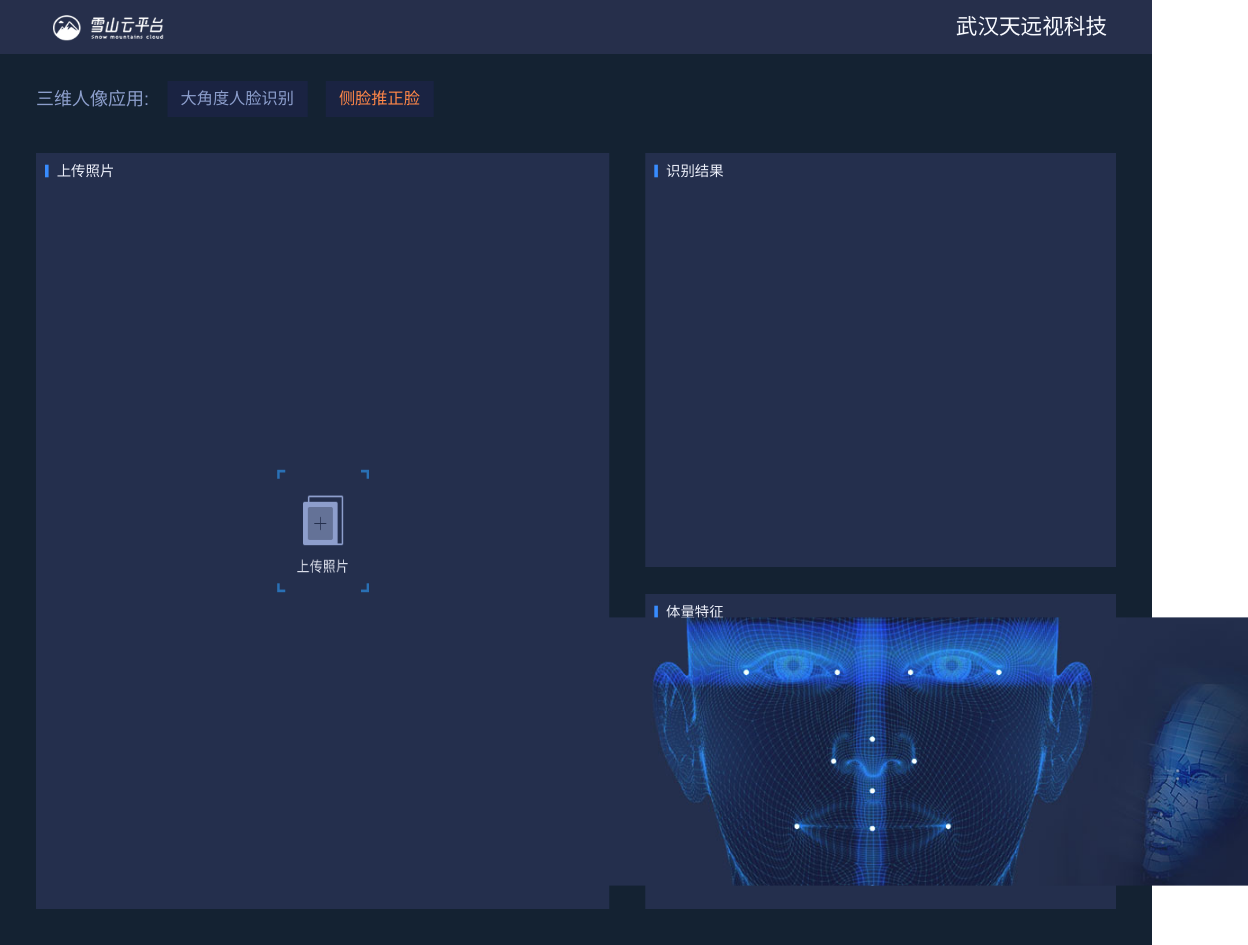
Repository: fyt2020/pubilcDemlo
Page: /#/face
These files come from the project's save history. The page is drawn as it stood at one moment and after the next save; the edit follows.
The browser window is 1280 px wide. The page is 1387 px wide, then 1280 px, so the pictures cover 1387 px, including what lies to the right of the window. The pictures show the whole page, at 90% of full size.
The project was rebuilt for these pictures with package versions that can differ from the ones it lists, and the page was loaded fresh each time.

Above is the page before, as saved 2020-04-28 13:04:50.

### index.html
<!DOCTYPE html>
<html>
  <head>
    <meta charset="utf-8">
    <meta name="viewport" content="width=device-width,initial-scale=1.0">
    <title>pubilcdemo</title>
    <script src="./static/config.js"></script>
    <script src="./static/main.js"></script>
  </head>
  <body>
    <div id="app"></div>
    <!-- built files will be auto injected -->
  </body>
</html>

### src/main.js
// The Vue build version to load with the `import` command
// (runtime-only or standalone) has been set in webpack.base.conf with an alias.
import Vue from 'vue'
import App from './App'
import router from './router'
import '@/assets/css/reset.css'
import axios from '@/plugins/axios';

Vue.config.productionTip = false
Vue.prototype.$http = axios;
/* eslint-disable no-new */
new Vue({
  el: '#app',
  router,
  components: { App },
  template: '<App/>'
})

### src/router/index.js
import Vue from 'vue'
import Router from 'vue-router'
import Home from '@/pages/Home'

Vue.use(Router)

export default new Router({
  linkExactActiveClass: "exactActive",
  linkActivesClass: "active",
  routes: [
    {
      path: '/',
      name: 'home',
      component: Home,
      meta:{
        needTooken:false
      },
      redirect:'/bigAngle',
      children:[
        {
          path: 'bigAngle',
          name: 'bigAngle',
          component: () => import("@/pages/bigAngle"),
          meta:{
            needTooken:false
          },

        },
        {
          path: 'face',
          name: 'face',
          component: () => import("@/pages/face"),
          meta:{
            needTooken:false
          },

        }

      ]
    }
  ]
})

### src/assets/css/reset.css
@charset "UTF-8";
/**
 * @desc pc端常用reset.css
 * @author archer
 * @date 2018-08-26
 */
html,body,div,p,ul,li,dl,dt,dd,em,i,span,a,img,input,h1,h2,h3,h4,h5,nav,section,footer,header,table,tr,th,td,ul,li{margin:0;padding:0;box-sizing: border-box;}
h1,h2,h3,h4,h5,h6{font-weight:normal}
i,em,b{font-style:normal}
article,aside,details,figcaption,figure,footer,header,menu,nav,section {display: block;}
a,img,input {border:none;}
a {text-decoration:none;}
a:hover, a:active {outline: none;}
ul,li{list-style: none}
button,input,select,textarea{font-size:100%;outline:none}
table{border-collapse:collapse;border-spacing:0}
html, body {width: 100%;height: 100%;}
body{font-family:"Helvetica Neue",Helvetica, Arial,sans-serif; font-size: 14px;line-height:1}

### src/pages/Home.vue
<template>
  <div class="home">
      <div class="header">
           <div class="header__left">
                <img src="../assets/img/logo1.png" alt="" class="logo_img">

           </div>
           <div class="header__right">
                <span>武汉天远视科技</span>
           </div>
      </div>
      <div class="navigation">
            <span class="navigation__title">三维人像应用:</span>
            <router-link tag="li" :to="{name:'bigAngle'}" class="navigation__item">大角度人脸识别</router-link>
            <router-link tag="li" :to="{name:'face',params:{id:'self'}}" class="navigation__item">侧脸推正脸</router-link>
      </div>

      <div class="content">
         <router-view />
      </div>

  </div>
</template>

<script>
export default {
  data() {
    return {};
  },
  computed: {},
  created() {

  },
  mounted() {

  },
  methods: {

  },
  components: {}
};
</script>

<style lang="scss" scoped>
@import "~@/assets/css/home.scss";
</style>

### src/pages/face.vue
<template>
  <div class="face">
    <div class="face__left">
      <div class="left__top">
        <div class="titleW" v-if="btnKey">
          <span class="titleW__one"></span>
          <span class="titleW__w">上传照片</span>
        </div>
        <canvas class="canvasId" v-show="regImgKey" :class="{'big':isBig}"></canvas>
        <img
          src="../assets/img/delete.png"
          alt
          class="delete__img"
          v-show="closeKey"
          @click="close"
        />
        <button class="btn" @click="uploadFile2" v-if="btnKey">
          <img src="../assets/img/midle.png" alt class="btn__bg" />
          <form
            name="fileList"
            id="fileList"
            action="uploadURL"
            method="POST"
            enctype="multipart/form-data"
            class="file"
          >
            <input
              type="file"
              hidden
              @change="beforeUploadFile2($event)"
              id="upload_file2"
              class="file-inp"
            />
          </form>
        </button>
      </div>
    </div>
    <div class="face__right">
      <div class="right__top">
        <div class="titleW" v-if="btnKey">
          <span class="titleW__one"></span>
          <span class="titleW__w">识别结果</span>
        </div>
        <img :src="frontImg" alt="" class="front__img" v-if="frontImg">
        <ul class="info__box" v-if="infoObj.collectNo">
          <li class="info__item">
            <span class="info__iteml">姓名:</span>
            <span class="info__itemr">{{infoObj.username}}</span>
          </li>
          <li class="info__item">
            <span class="info__iteml">性别:</span>
            <span class="info__itemr">{{infoObj.sex}}</span>
          </li>
          <li class="info__item">
            <span class="info__iteml">采集编号:</span>
            <span class="info__itemr">{{infoObj.collectNo}}</span>
          </li>

          <li class="info__item">
            <span class="info__iteml">证件号:</span>
            <span class="info__itemr">{{infoObj.idNo}}</span>
          </li>
          <li class="info__item">
            <span class="info__iteml">采集时间:</span>
            <span class="info__itemr">{{infoObj.time}}</span>
          </li>
        </ul>
      </div>
      <div class="right__bottom">
        <div class="titleW" v-if="btnKey">
          <span class="titleW__one"></span>
          <span class="titleW__w">体量特征</span>
        </div>
        <img src="../assets/img/char.jpg" alt="" class="char">
        <ul class="tl__box" v-if="charData.length>0">
          <li class="tl__item" v-for="item in charData" :key="item.value">
            <span class="tl__iteml same">{{item.title}}</span>
            <span class="tl__itemr same">{{Number(item.value).toFixed(2)}}</span>
          </li>
        </ul>
      </div>
    </div>
  </div>
</template>

<script>
import axios from "axios";
export default {
  props: {},
  data() {
    return {
      btnKey: true,
      uploadImgUrl: "",
      regImgKey:false,
      closeKey: false,
      isBig:true,
      infoObj: {
        collectNo: "",
        sex: "",
        time: "",
        idNo: ""
      },
      frontImg:"",
      charData: [],
    };
  },
  computed: {},
  created() {},
  mounted() {},
  watch: {},
  methods: {
    close() {
      this.regImgKey=false;
      this.uploadImgUrl = "";
      this.frontImg = "",
      this.closeKey = false;
      this.btnKey = true;
      this.charData = [];
      this.infoObj = {
        collectNo: "",
        sex: "",
        time: "",
        idNo: ""
      };
    },
    uploadFile2() {
      let file = document.getElementById("upload_file2");
      file.click();
    },
    beforeUploadFile2(e) {
      let VM = this;
      let files = e.target.files[0];
      let name = e.target.files[0].name;
      console.log(name)
      let nameArr = e.target.files[0].name.split(".");
      let len = nameArr.length;
      let startName = e.target.files[0].name.split(".")[0];
      let endName = nameArr[len - 1];
      if (
        endName != "jpg" &&
        endName != "png" &&
        endName != "jpeg" &&
        endName != "JPG" &&
        endName != "PNG" &&
        endName != "JPEG"
      ) {
        VM.$Message.error(`上传图片格式不是jpg或png!`);
        return;
      }
      if (!files) {
        return;
      }
      this.btnKey = false;
      this.closeKey = true;
      let reader = new FileReader();
      reader.onloadend = function() {
        VM.uploadImgUrl = reader.result;
        VM.getInfo(startName, VM.uploadImgUrl );
      };
      reader.readAsDataURL(files);


    },
    //画框
      createdImg(imgUrl1, data) {
      let len = data.length;
      let canvas = document.getElementsByClassName("canvasId")[0];
      let ctx = canvas.getContext("2d");
      let img = new Image();
      img.src = `${imgUrl1}`;
      let spX, spY;
      let W = $(".face__left").width();
      let H = $(".face__left").height();
      img.onload = function() {
        let imgW = img.width;
        let imgH = img.height;
        let targetW, targetH;
        spX = W / img.width;
        spY = H / img.height;
        console.log(img.width);
        console.log(img.height);
        if (imgW > W) {
          targetW = imgW * spX;
          targetH = imgH * spX;
          if (imgH > H) {
            targetW = imgW * spY;
            targetH = imgH * spY;
          }
        } else {
          if (imgH > H) {
            targetW = imgW * spY;
            targetH = imgH * spY;
          } else {
            targetW = imgW;
            targetH = imgH;
          }
        }
        // console.log(spX);
        // console.log(spY);
        // console.log(targetW);
        // console.log(targetH);

        canvas.width = targetW;
        canvas.height = targetH;

        ctx.drawImage(img, 0, 0, targetW, targetH);
        ctx.strokeStyle = "#FF0000";
        ctx.strokeWidth = 1;
        ctx.lineWidth = 2;
        if (len > 0) {
          if (imgW > W && imgH < H) {
            console.log(1);
            data.forEach((item, index) => {
              ctx.strokeRect(
                item.x * spX,
                item.y * spX,
                item.w * spX,
                item.h * spX
              );
            });
          } else if (imgW > W && imgH > H) {
            console.log(2);
            data.forEach((item, index) => {
              ctx.strokeRect(
                item.x * spY,
                item.y * spY,
                item.w * spY,
                item.h * spY
              );
            });
          } else {
            if (imgH > H) {
              console.log(3);
              data.forEach((item, index) => {
                ctx.strokeRect(
                  item.x * spY,
                  item.y * spY,
                  item.w * spY,
                  item.h * spY
                );
              });
            } else {
              console.log(4);
              data.forEach((item, index) => {
                ctx.strokeRect(item.x, item.y, item.w, item.h);
              });
            }
          }
        }
      };
    },



    getModelTxt(name) {
      let VM = this;
      let id = new Date().getTime();
      let params = {
        headers: {
          "Content-Type": "text/plain;charset=utf-8"
        },
        responseType: "text/json",
        inCharset: "utf-8",
        outCharset: "utf-8",
        timeout: 30000,
        random: id
      };
      axios
        .get(`../../static/data/${name}/face_points_distance.txt`)
        .then(function(res) {
          let newData = res.data.split("\r\n");
          let len = newData.length;
          for (var i = 0; i < len; i++) {
            if (newData[i]) {
              let obj = {};
              let k = newData[i].split(":")[0];
              let v = newData[i].split(":")[1];
              obj["title"] = k;
              obj["value"] = v;
              VM.charData.push(obj);
            }
          }
        })
        .catch(function(error) {
          console.log(error);
        });
    },
    getInfo(name,imgUrl) {
      let VM = this;
      this.$http.api
        .get(`../../static/data/${name}/${name}.json`)
        .then(function(res) {
          if (res.data.code === 0) {
            let data = res.data.result;
            VM.infoObj = data;
            VM.regImgKey = true;
            VM.frontImg = `../../static/${name}/front.jpg`
            VM.createdImg(imgUrl,data.xdata)
          }
        })
        .catch(function(error) {
          console.log(error);
        });
    },
  },
  beforeDestroy() {},
  components: {}
};
</script>

<style scoped lang="scss">
@import "@/assets/css/face.scss";
</style>

### src/assets/css/home.scss

@import "@/assets/css/func.scss";
.home{
    font-size: 20px;
    width: 100vw;
    height: 100vh;
    background-color: #142232;
    .header{
        width: 100%;
        height: 60px;
        background-color: #262f4b;
        display: flex;
        align-items: center;
        color:  #f8faff;;
        justify-content: space-between;
        padding: 0 50px;
        font-size: 24px;
        .header__left{
            height: 100%;
            display: flex;
            align-items: center;
            .logo_img{
                width: 141px;
                height: 35px;
            }
        }
        .header__right{
            height: 100%;
            display: flex;
            align-items: center;
        }
    }
    .navigation{
        width: 100%;
        height: 40px;
        display: flex;
        align-items: center;
        box-sizing: border-box;
        background-color: #142232;
        color:  #8c9ecb;
        padding: 0 40px;
        margin-top: 30px;
        .navigation__title{
            margin-right: 20px;
        }
        &__item{
            height: 40px;
            line-height: 40px;
            box-sizing: border-box;
            padding: 0 15px;
            margin-right: 20px;
            font-size: 18px;
            color: #8c9ecc;
            background-color:  #1a2342;
        }
        &__item.exactActive{
             display: flex;
             color: #ff8748;
            //  background: url('#{$img}/qhbtn.png') no-repeat center;
             background-size: 100% 100%;

        }
    }
    .content{
        // height: calc(100% - 120px);
        width: 100%;
        padding: 40px;
        background-color: #142232;
    }
}

### src/assets/css/func.scss
// @function px2Rem($px, $base-font-size: 19.2px) {
//     @if (unitless($px)) { //有无单位
//       @return ($px / 19.2) * 1rem;
//     } @else if (unit($px) == em) {
//       @return $px;
//     }
//     @return ($px / $base-font-size) * 1rem;
// }

$img:"../../assets/img";

### src/assets/css/face.scss
.face{
    display: flex;
    width: 100%;
    height: 100%;
    .titleW{
       position: absolute;
       height: 20px;
       line-height: 20px;
       left: 10px;
       top:10px;
       display: flex;
       align-items: center;
       color:  #edf0fa;
       font-size: 16px;
       .titleW__one{

          width: 4px;
          height: 14px;
          margin-right: 9px;
          background-color: #388cff;
       }
   }
    .face__left{
       width: 994px;
       height: 840px;
       margin-right: 40px;
       display: flex;
       flex-direction: column;
       background-color: #242f4d;
       .left__top{
            width: 100%;
            height: 100%;
           //  margin-bottom: 20px;
            display: flex;
            align-items: center;
            justify-content: center;
            position: relative;
            .canvasId{
            //    height: 100%;
            //    width: 100%;
            }


            .delete__img{
               position: absolute;
               width: 36px;
               height: 36px;
               right: 20px;
               top:20px;
               transition: all 0.1 linear;
               z-index: 2100;
               cursor: pointer;
            }
            .btn{
                position: absolute;
                outline: none;
                position: relative;
                border: none;
                background: transparent;
               //  border-style: solid;
               //  border-width: 2px;
               //  border-image-source: linear-gradient(0deg,#1a5fff 0%, #5f8ffd 100%);
               //  border-image-slice: 1;
                width: 114px;
                height: 138px;
               //  line-height: 30px;
               //  color: #1a5fff;
               //  border-radius: 6px;
                z-index: 9999;
                cursor: pointer;
                .btn__bg{
                    width: 100%;
                    height: 100%;
                }
            }
       }
       .left__bottom{
           width: 100%;
           height: 15%;
           border: 1px solid black;
           .left__bottom{

           }

       }
    }
    .face__right{
       width: 816px;
       height: 840px;


       .right__top{

           width: 100%;
           height: 460px;
           position: relative;
           display: flex;
           align-items: center;
           justify-content: center;
           margin-bottom: 30px;
           background-color: #242f4d;
           .front__img{
               height: 100%;
               width: 50%;
           }
           .recg__box{

               display: flex;
               position: absolute;
               width: 90px;
               left: 20px;
               bottom: 20px;
               background-color: #1a2342;;
               height: 159px;
               align-items: center;
               justify-content: flex-start;
               .recg__item{
                   height: 100%;
               }
           }
           #WebGL-output{
               width: 815px;
               height: 460px;
           }
           .info__box{
               position: absolute;
               right: 20px;
               bottom: 20px;
               width: 238px;
               height: 158px;

               background-color: #1a2342;
               padding: 15px;
               display: flex;
               flex-direction: column;
               justify-content: space-around;
               align-content: space-around;
               font-size: 14px;
               color: #edf0fa;

           }
       }
       .right__bottom{


           background-color: #242f4d;
           width: 100%;
           height: 350px;
           position: relative;
           .char{
               position: absolute;
               width: 816px;
               height: 298px;
               left: 50%;
               top: 50%;
               z-index: 1;
               transform: translate(-50%,-50%);

           }
           .tl__box{
               display: flex;
               position: absolute;
               z-index: 10;
               width: 100%;
               height: 100%;


               .tl__item{
                   display: flex;
                   align-items: center;
                   position: absolute;
                   font-size: 15px;
                   color: #edf0fa;

                   &:nth-of-type(1){
                       left: 44%;
                       top:17%
                   }
                   &:nth-of-type(2){
                       left: 33%;
                       top:28%
                   }
                   &:nth-of-type(3){

                       left: 44%;
                       top:39%
                   }
                   &:nth-of-type(4){

                       left: 44%;
                       top:48%
                   }
                   &:nth-of-type(5){

                       left: 44%;
                       top:56%
                   }
                   &:nth-of-type(6){

                       left: 44%;
                       top:66%
                   }
                   &:nth-of-type(7){

                       left: 44%;
                       top:77%
                   }
                   &:nth-of-type(8){

                       left: 44%;
                       top:84%
                   }





               }
           }


       }

    }
}

### static/config.js
window.BASEURL = {
     type:'id',

     imgUrl__collectNo:'srlp1576136811447'
};

Loaded but not shown: src/App.vue (common file); src/plugins/axios.js (library)

After the next save:
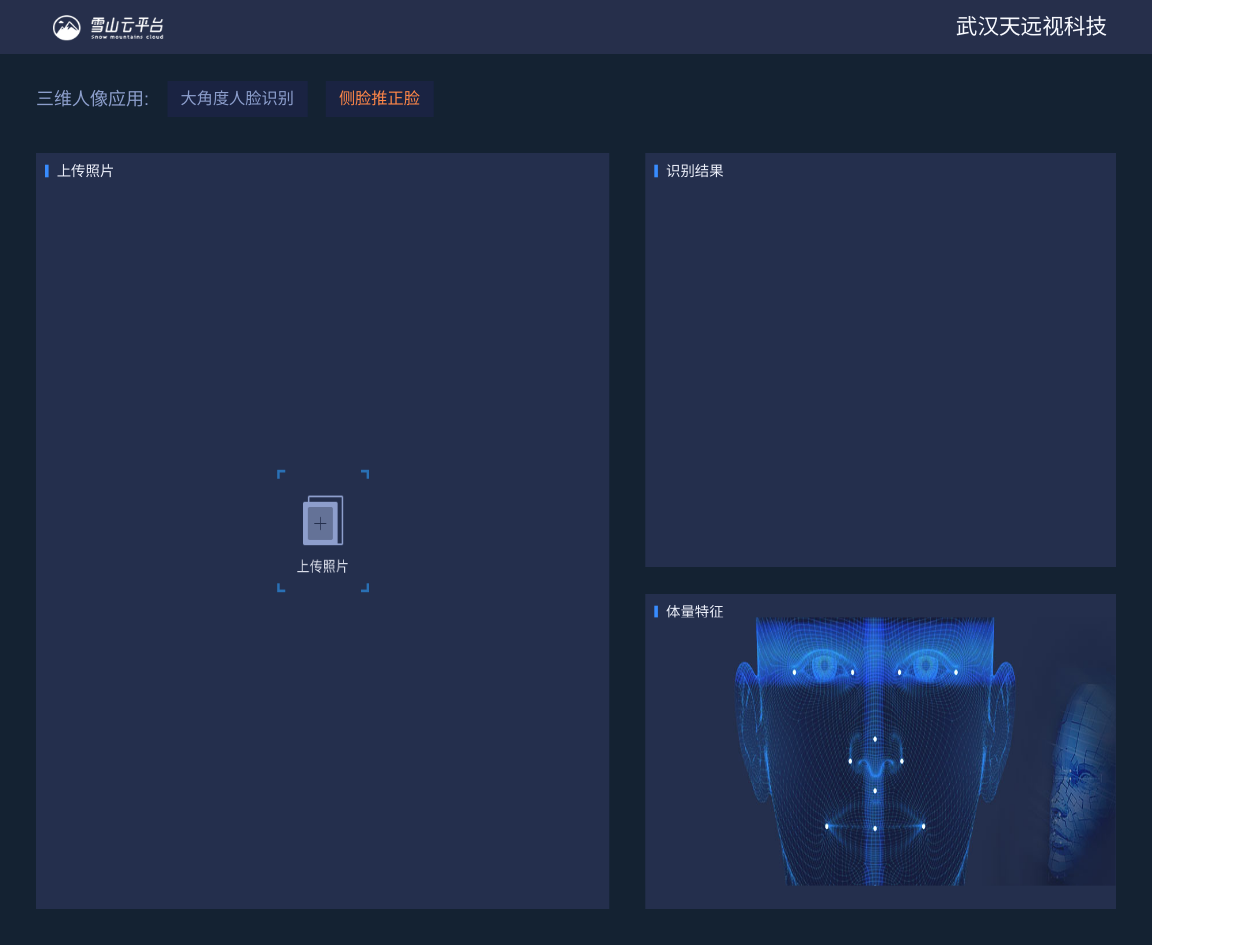
Saved 2 min 2 s later.
--- a/src/assets/css/face.scss
+++ b/src/assets/css/face.scss
@@ -149,7 +149,7 @@
            position: relative;
            .char{
                position: absolute;
-               width: 816px;
+               width: 100%;
                height: 298px;
                left: 50%;
                top: 50%;
